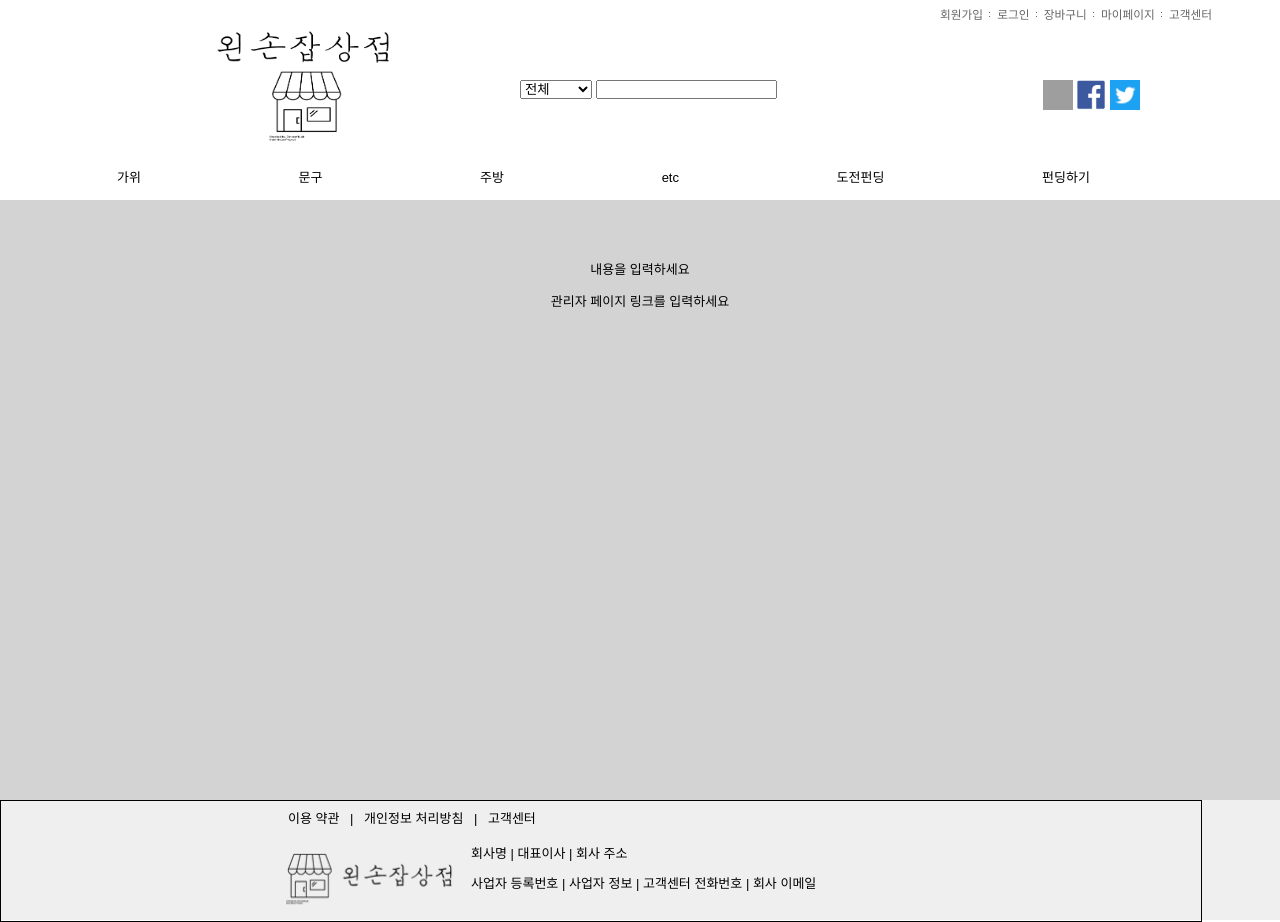
Repository: GroundPark/team6
Page: http://localhost/lefthand/index.jsp
These files come from the project's save history. The page is drawn as it stood at one moment and after the next save; the edit follows.
The browser window is 1280 px wide. The pictures show the whole page.
Pictures or frames that could not be fetched are drawn as grey boxes. The page is served by Tomcat 9. Nobody is signed in. The application's start-up code is not run.

Above is the page before, as saved 2021-11-20 04:28:39.

After the next save:
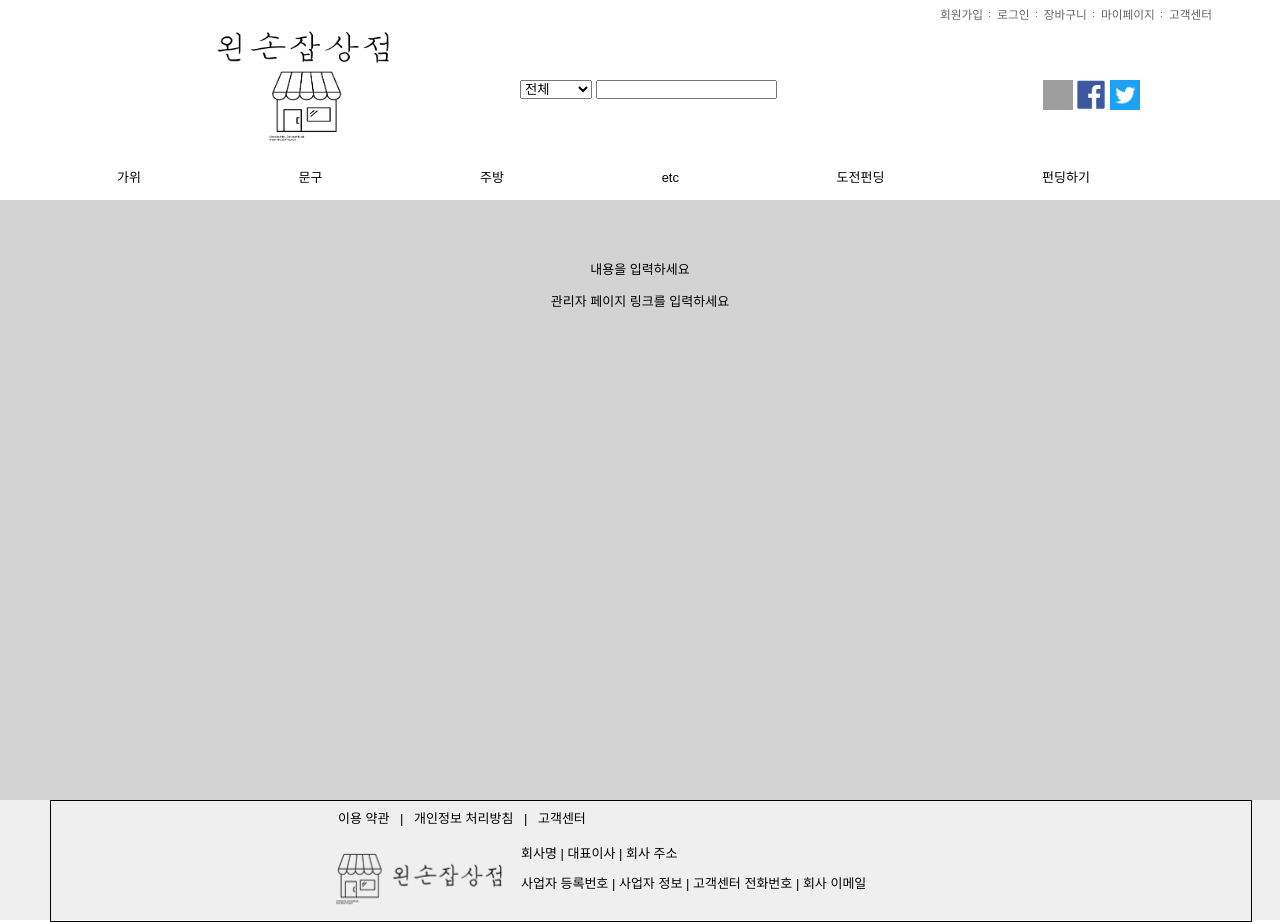
Saved 11 s later.
--- a/lefthand/WebContent/css/footer.css
+++ b/lefthand/WebContent/css/footer.css
@@ -33,7 +33,7 @@ footer {
 .company_info ul { text-align:left;}
 .company_info li { display:inline-block;  }
 */
-.footerInner { width:1200px; height:120px; position:absolute; margin:0 auto; border:1px solid black;}
+.footerInner { width:1200px; height:120px; position:absolute; left:50px; border:1px solid black;}
 .corp_area { padding-top:10px; padding-left:125px; }
 .corp_list { padding-left:155px; }
 .corp_area ul { text-align:left; }
